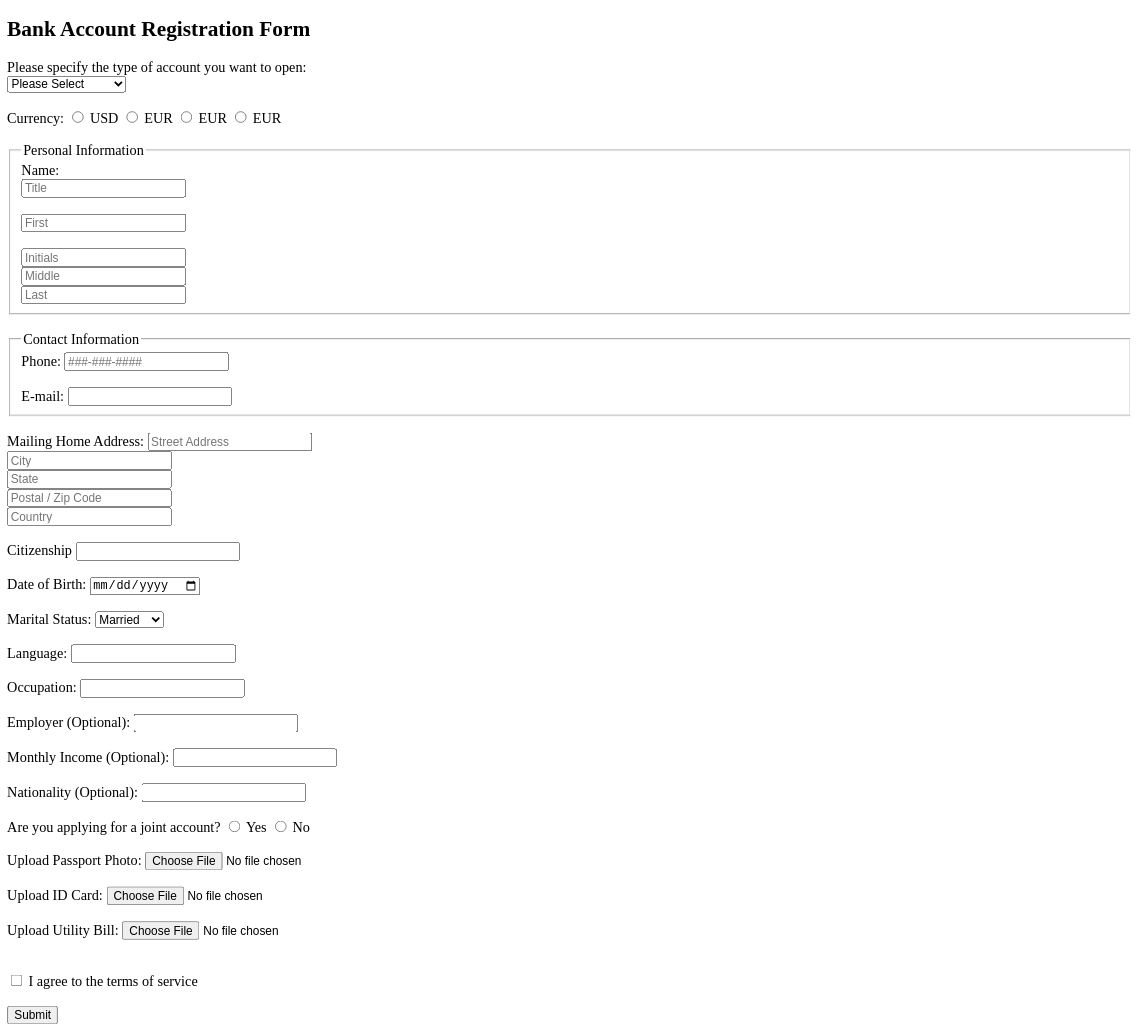
Repository: hizeetech/First-Assignment
Page: sign_up.html
These files come from the project's save history. The page is drawn as it stood at one moment and after a run of saves; the edit follows.
The browser window is 1280 px wide. The pictures show the whole page, at 89% of full size.

Above is the page before, as saved 2024-11-09 03:05:57.

After the next 4 saves:
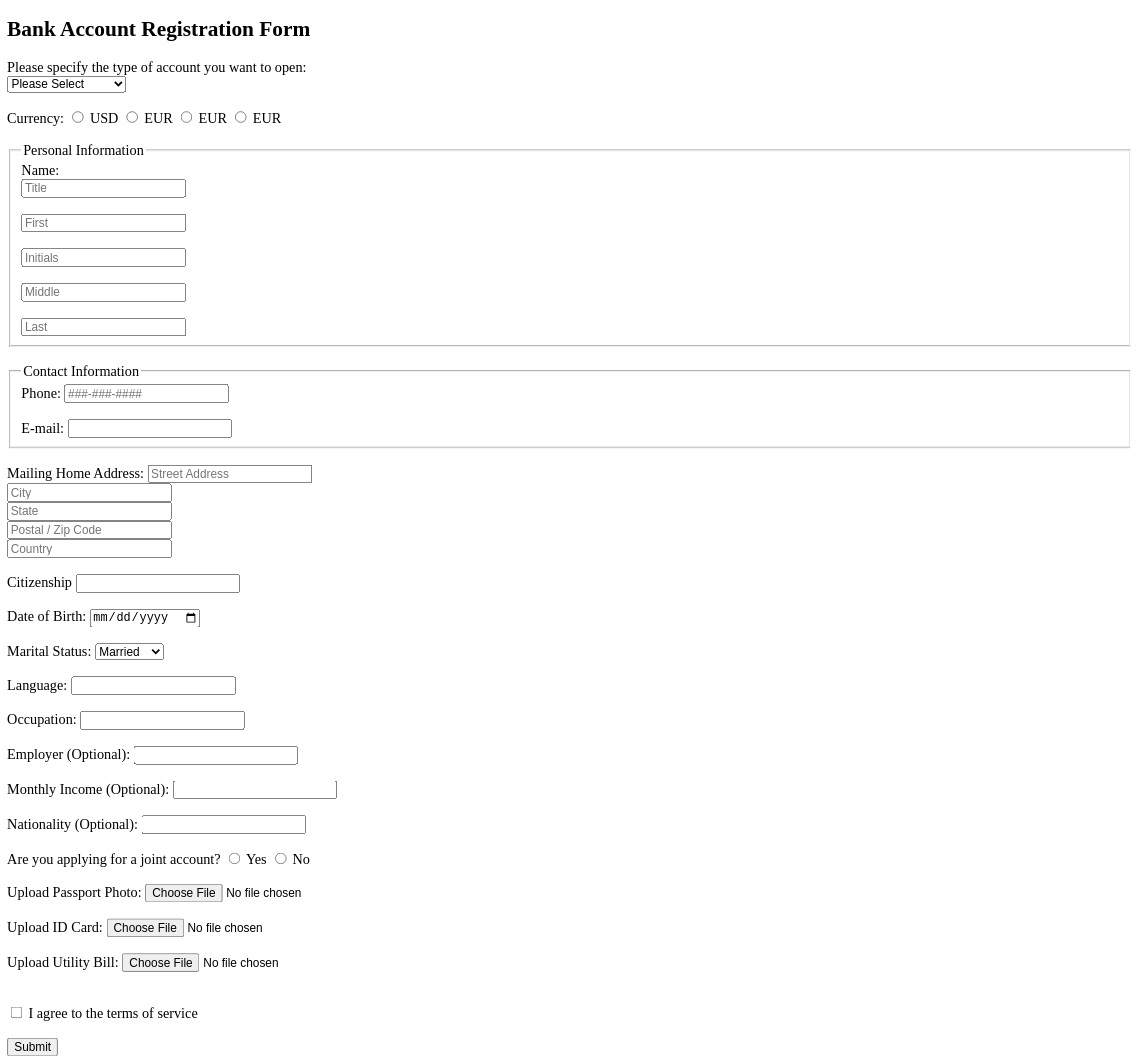
The 4 saves are shown as one change because they came seconds apart.
The last was saved 13 s later.
--- a/sign_up.html
+++ b/sign_up.html
@@ -37,8 +37,8 @@
             <label for="title">Name:</label>
             <div class="inline"><input type="text" id="title" name="title" placeholder="Title"></div><br>
             <div class="inline"><input type="text" name="first_name" placeholder="First" required></div><br>
-            <div class="inline"><input type="text" name="initials" placeholder="Initials"></div>
-            <div class="inline"><input type="text" name="middle_name" placeholder="Middle"></div>
+            <div class="inline"><input type="text" name="initials" placeholder="Initials"></div><br>
+            <div class="inline"><input type="text" name="middle_name" placeholder="Middle"></div><br>
             <input type="text" name="last_name" placeholder="Last" required>
             </fieldset>
         </div>
